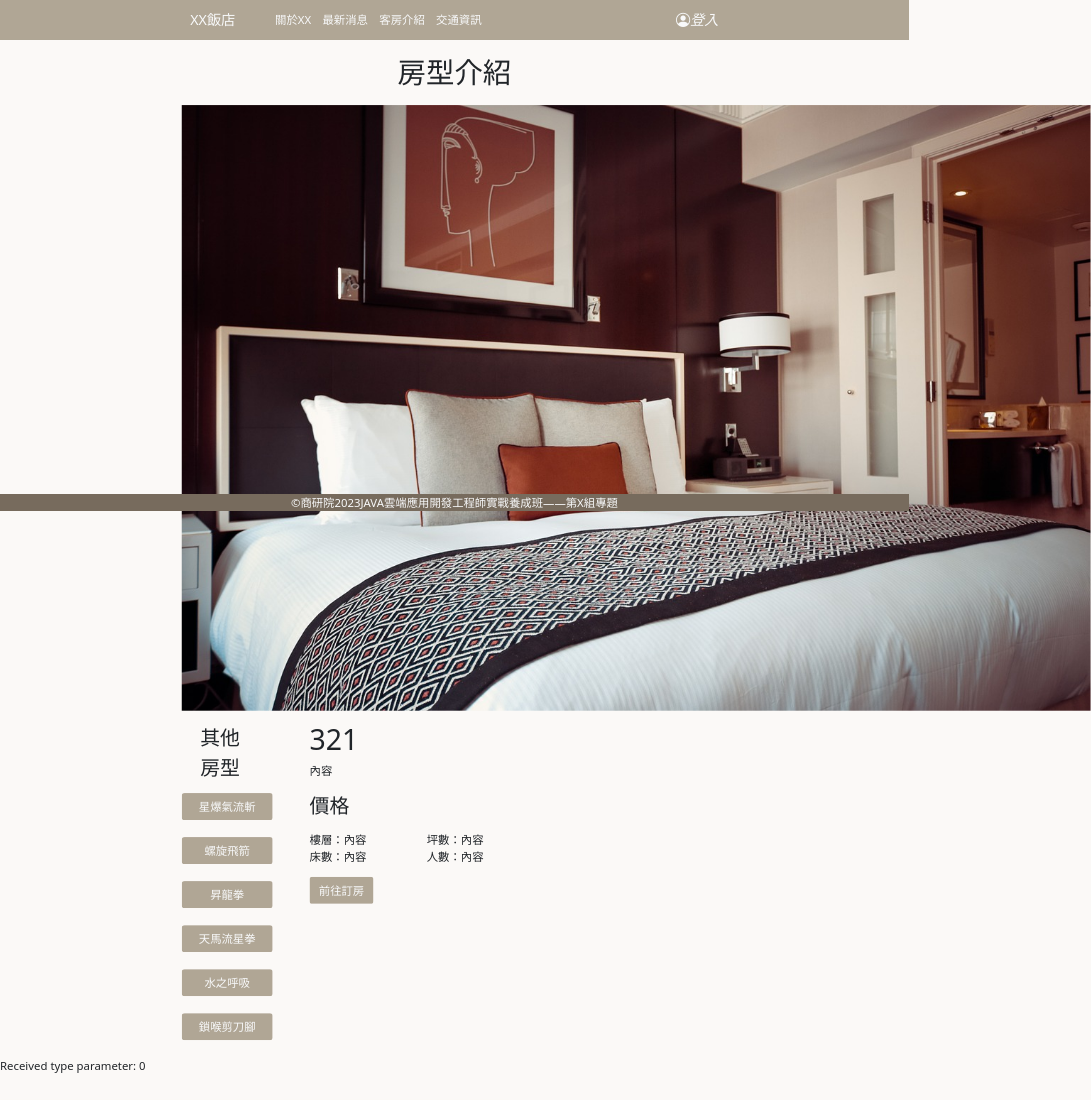
Repository: starcool0505/JavaProject-Hotel
Page: http://localhost/Hotel/room_index.jsp?type=0
These files come from the project's save history. The page is drawn as it stood at one moment and after the next save; the edit follows.
The browser window is 1280 px wide. The page is 1536 px wide, so the pictures cover 1536 px, including what lies to the right of the window. The pictures show the whole page, at 71% of full size.
The page is served by Tomcat 9. Nobody is signed in. The application's start-up code is not run.

Above is the page before, as saved 2023-12-19 07:12:06.

After the next save:
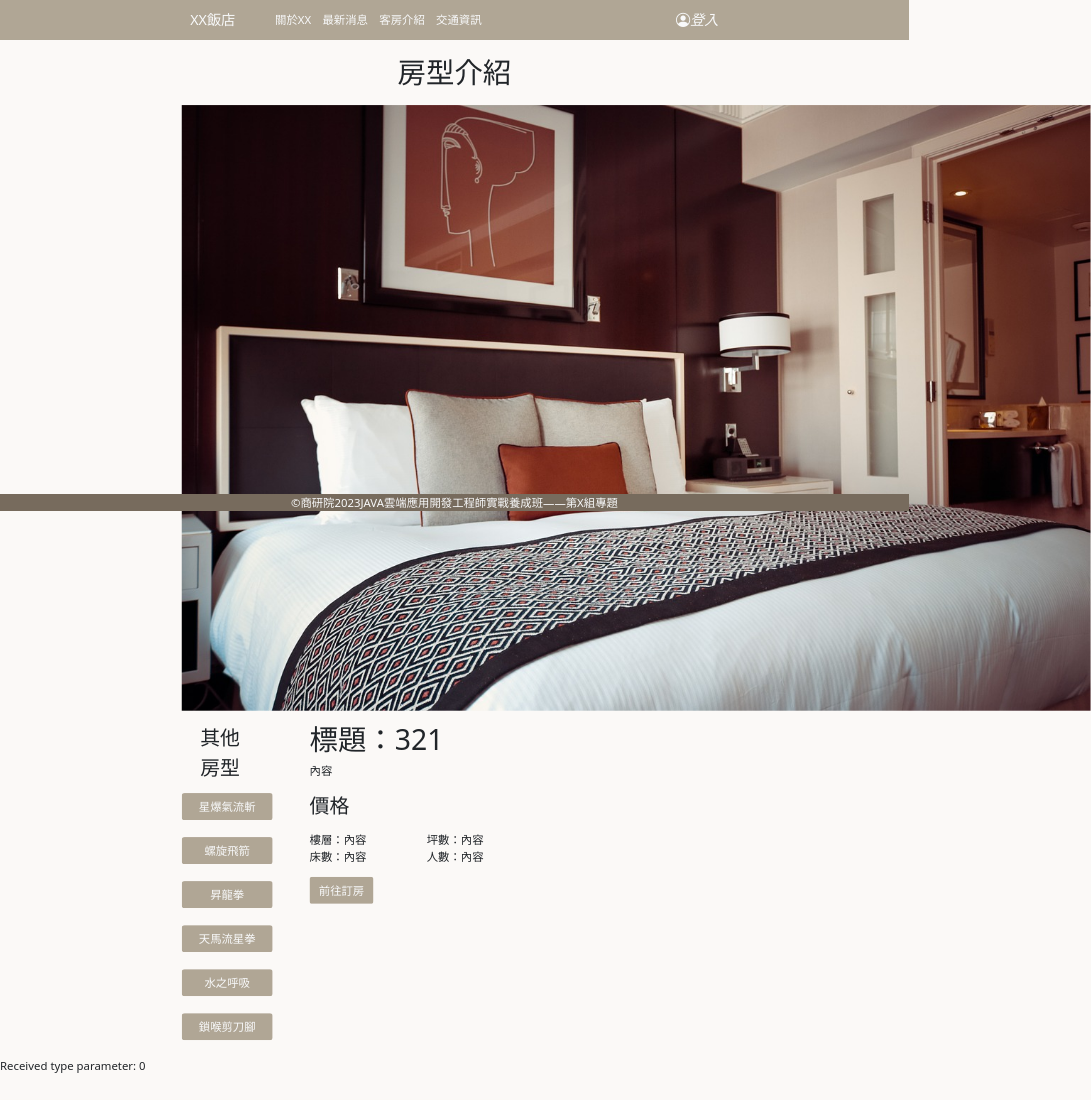
Saved 20 s later.
--- a/Hotel/src/main/webapp/room_index.jsp
+++ b/Hotel/src/main/webapp/room_index.jsp
@@ -56,7 +56,7 @@
 								</div>
 				</div>
 				<div class="col-5 text-start ms-5">
-					<h1 class="mt-3">${321}</h1>
+					<h1 class="mt-3">標題：${321}</h1>
 					<p>內容</p>
 					<div class="fs-3">價格</div>
 					<div class="row mt-3">
